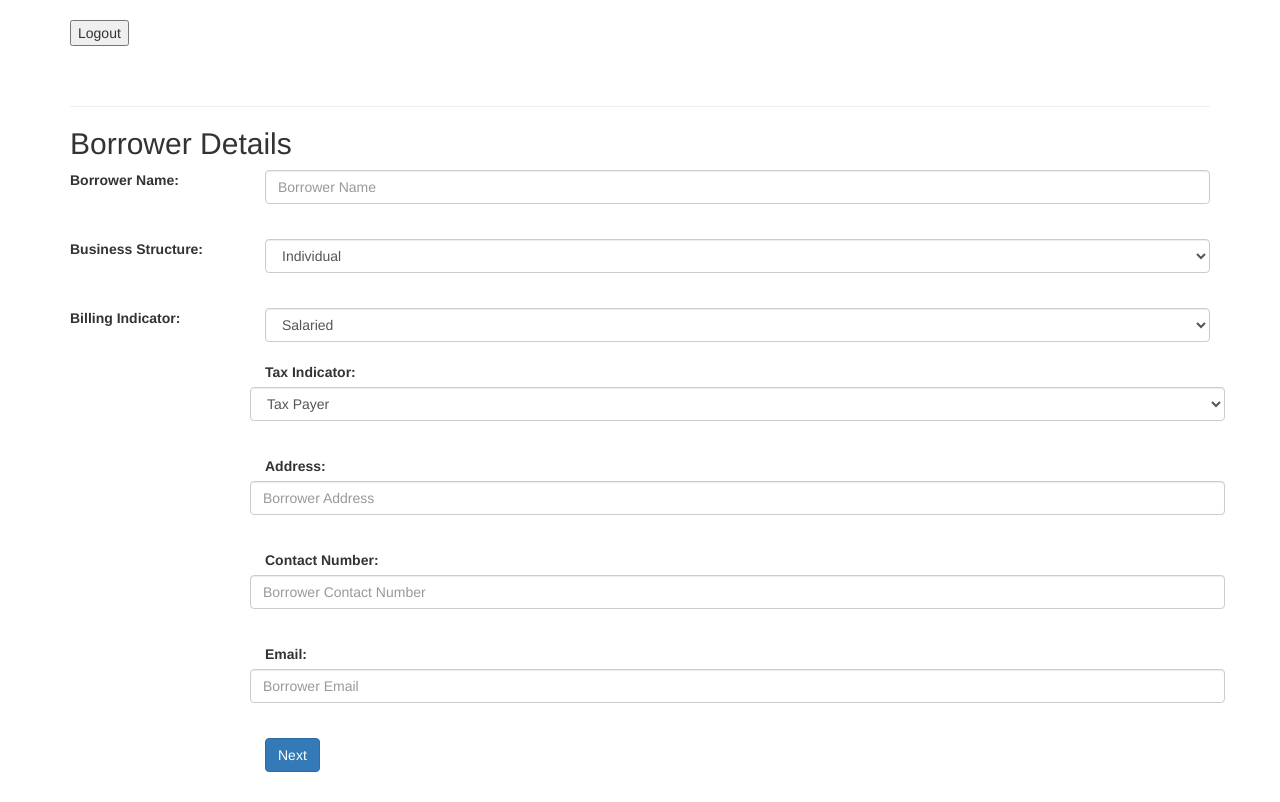
Repository: Bayvao/E-Loan-Project
Page: http://localhost/E-Loan-Project/WEB-INF/views/borrower-details-form.jsp
An editor plug-in stored every save of this project. The page is shown before and after the next save, followed by the edit.
The browser window is 1280 px wide. The pictures show the whole page.
The page is served by Tomcat 9. Nobody is signed in. The template is opened directly, without the code that normally fills it, so the values that code supplies are empty.

Above is the page before, as saved 2020-07-20 12:41:44.

After the next save:
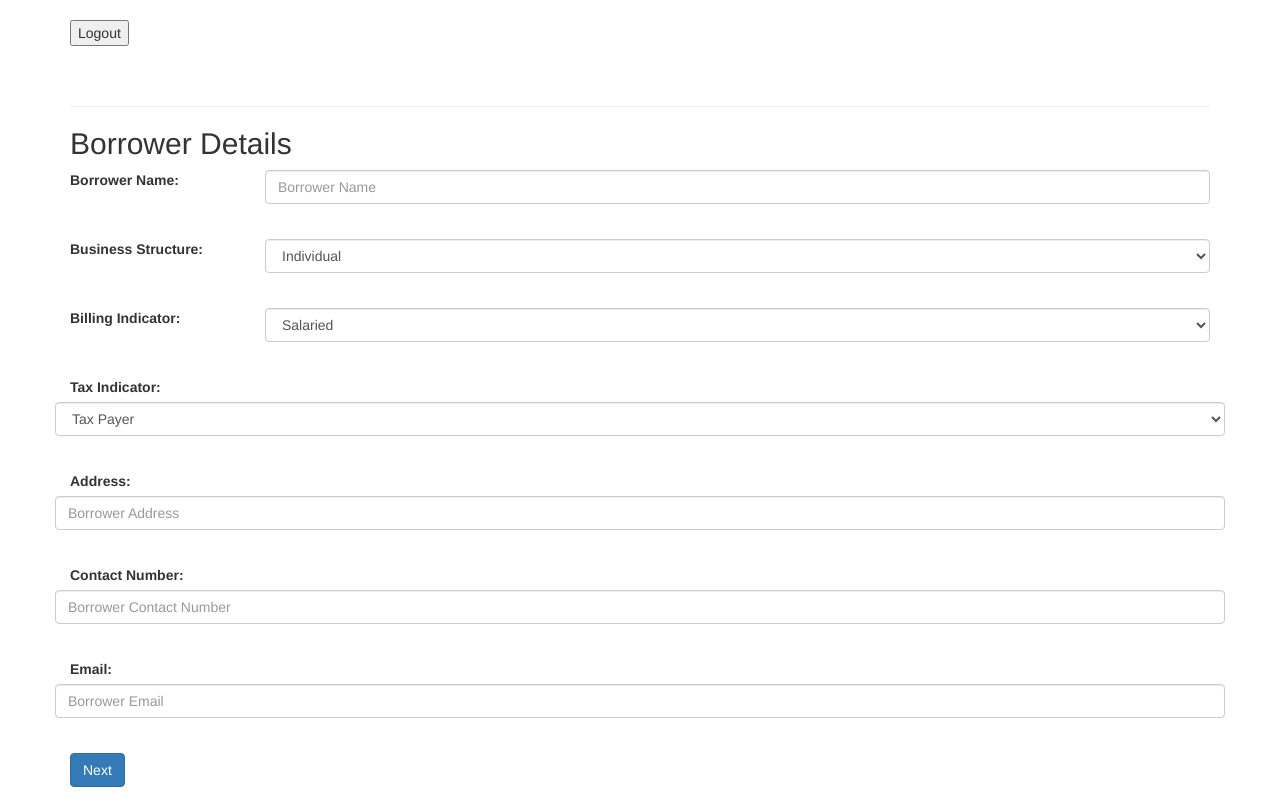
Saved 7 s later.
--- a/E-Loan-Project/src/main/webapp/WEB-INF/views/borrower-details-form.jsp
+++ b/E-Loan-Project/src/main/webapp/WEB-INF/views/borrower-details-form.jsp
@@ -79,7 +79,7 @@
 					<form:option value="Non-Salaried">Non-Salaried</form:option>
 
 				</form:select>
-				<div class="col-sm-10">
+				</div>
 			</div>
 			<br>
 			<div class="form-group row">
